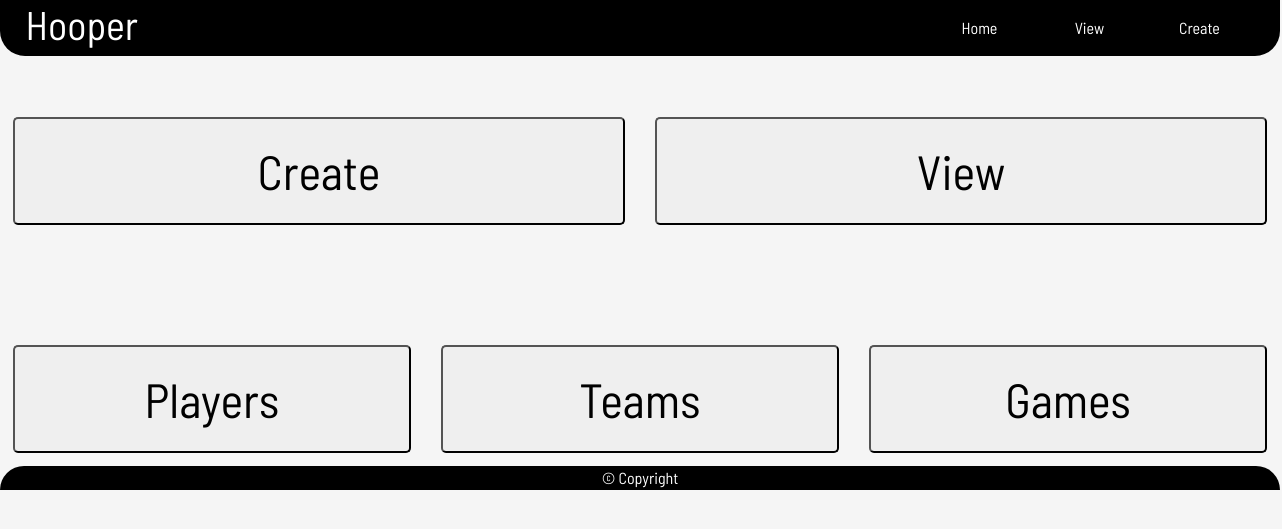
Repository: vlasarte/Hooper
Page: index.html
These files come from the project's save history. The page is drawn as it stood at one moment and after the next save; the edit follows.
The browser window is 1280 px wide. The page is 1282 px wide, so the pictures cover 1282 px, including what lies to the right of the window. The pictures show the whole page.

Above is the page before, as saved 2020-02-24 17:34:34.

### index.html
<!DOCTYPE html>
<!--[if lt IE 7]>      <html class="no-js lt-ie9 lt-ie8 lt-ie7"> <![endif]-->
<!--[if IE 7]>         <html class="no-js lt-ie9 lt-ie8"> <![endif]-->
<!--[if IE 8]>         <html class="no-js lt-ie9"> <![endif]-->
<!--[if gt IE 8]><!--> <html class="no-js"> <!--<![endif]-->
    <head>
        <meta charset="utf-8">
        <meta http-equiv="X-UA-Compatible" content="IE=edge">
        <title>Hooper</title>
        <meta name="description" content="">
        <meta name="viewport" content="width=device-width, initial-scale=1">
        <link href="https://fonts.googleapis.com/css?family=Barlow+Semi+Condensed&display=swap" rel="stylesheet">
        <link rel="stylesheet" href="https://stackpath.bootstrapcdn.com/bootstrap/4.3.1/css/bootstrap.min.css" integrity="sha384-ggOyR0iXCbMQv3Xipma34MD+dH/1fQ784/j6cY/iJTQUOhcWr7x9JvoRxT2MZw1T" crossorigin="anonymous">
        <link rel="stylesheet" href="assets/css/style.css">
    </head>
    <body>

        <header>
            <h1>Hooper</h1>
            <div class="dropdown">
                <button class="dropbtn">Create</button>
                <div class="dropdown-content">
                    <a href="#">Player</a>
                    <a href="#">Team</a>
                    <a class="dropdown-content-last" href="#">Game</a>
                </div>
            </div>
            <div class="dropdown">
                <button class="dropbtn">View</button>
                <div class="dropdown-content">
                    <a href="viewplayers.html">Players</a>
                    <a href="#">Teams</a>
                    <a class="dropdown-content-last" href="#">Games</a>
                </div>
            </div>
            <div class="dropdown">
                <button style="border-radius: 25px;" class="dropbtn">Home</button>
            </div>
        </header>

        <div class="body-container">

            <br><br>

            <div class="row">
                <div class="col-6">
                    <button>Create</button>
                </div>
                <div class="col-6">
                    <button>View</button>
                </div>
            </div>
            <br><br><br><br><br>

            <div class="row">
                <div class="col-4">
                    <button>Players</button>
                </div>
                <div class="col-4">
                    <button>Teams</button>
                </div>
                <div class="col-4">
                    <button>Games</button>
                </div>

            </div>

            </div>

        </div>


        <footer>
            &copy Copyright
        </footer>

        <script src="assets/js/javascript.js" async defer></script>
    </body>
</html>

### assets/css/style.css
/* default settings */

body {
    font-family: 'Barlow Semi Condensed', sans-serif;
    background: whitesmoke;
}


/* header section */

header {
    font-family: 'Barlow Semi Condensed', sans-serif;
    width: 100%;
    height: 56px;
    background: black;
    color: white;
    padding: 0% 2%;
    border-radius: 0px 0px 25px 25px;
    position: sticky;
    top: 0;
    z-index: 1;
}

header h1 {
    float: left;
    height: 56px;
    margin: 0px;
}


/* hover dropdowns */

.dropbtn {
    height: 56px;
    font-family: 'Barlow Semi Condensed', sans-serif;
    min-width: 100px;
    background-color: black;
    color: white;
    padding: 16px;
    font-size: 16px;
    border: none;
    border-radius: 25px 25px 0px 0px;
}

.dropdown {
    margin: 0px 5px;
    float: right;
    position: relative;
    display: inline-block;
}

.dropdown-content {
    text-align: center;
    display: none;
    position: absolute;
    background-color: #f1f1f1;
    width: 100px;
    box-shadow: 0px 8px 16px 0px rgba(0, 0, 0, 0.2);
    z-index: 1;
    border-radius: 0px 0px 25px 25px;
}

.dropdown-content a {
    color: black;
    padding: 12px 16px;
    text-decoration: none;
    display: block;
}

.dropdown-content a:hover {
    background-color: #ddd;
}

.dropdown:hover .dropdown-content {
    display: block;
}

.dropdown:hover .dropbtn {
    background-color: #ddd;
    color: black;
}

.dropdown-content-last {
    border-radius: 0px 0px 25px 25px;
}

/* body container */

.body-container {
    padding: 1%;
}

button {
    border-radius: 5px;
    width: 100%;
    height: 108px;
    font-size: 48px;
}

th {
    text-align: center;
    color: black;
    font-weight: bold;
}

td {
    text-align: center;
}


/* footer section */

footer {
    width: 100%;
    text-align: center;
    background: black;
    color: white;
    border-radius: 25px 25px 0px 0px;
}

### assets/js/javascript.js
var player = {
    name: "LeBron James",
    team: "LAL",
    position: "SF",
    PPG: 25.0,
    APG: 10.8,
    RPG: 7.8
}

var playerName = [
    "LeBron James",
    "Anthony Davis",
    "James Harden",
    "Kawhi Leonard",
    "Luka Doncic",
    ""]

After the next save:
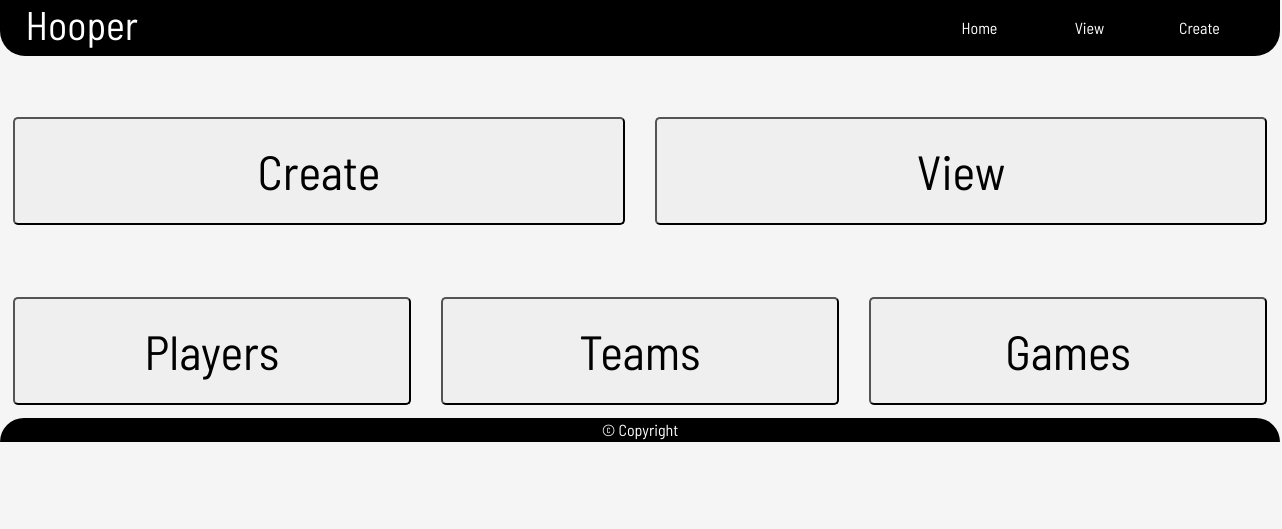
Saved 5 s later.
--- a/index.html
+++ b/index.html
@@ -50,7 +50,7 @@
                     <button>View</button>
                 </div>
             </div>
-            <br><br><br><br><br>
+            <br><br><br>
 
             <div class="row">
                 <div class="col-4">
